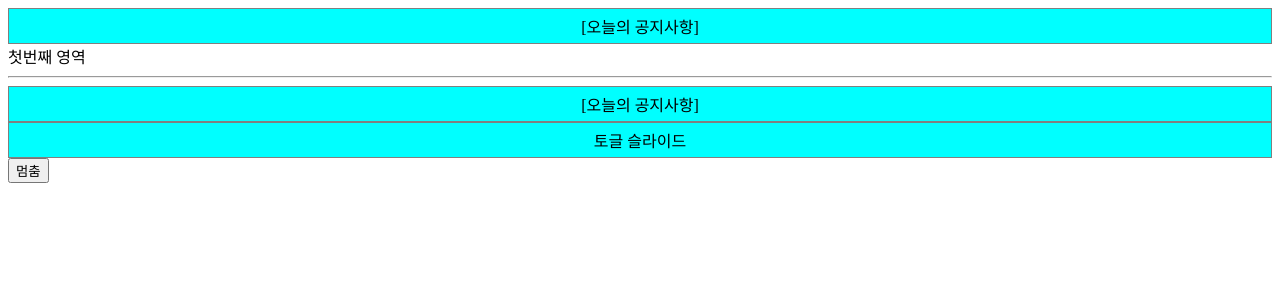
Repository: ryu1917/jsp
Page: workspace/js/ex16.html
An editor plug-in stored every save of this project. The page is shown before and after the next save, followed by the edit.
The browser window is 1280 px wide. The pictures show the whole page.

Above is the page before, as saved 2021-04-19 08:04:17.

After the next save:
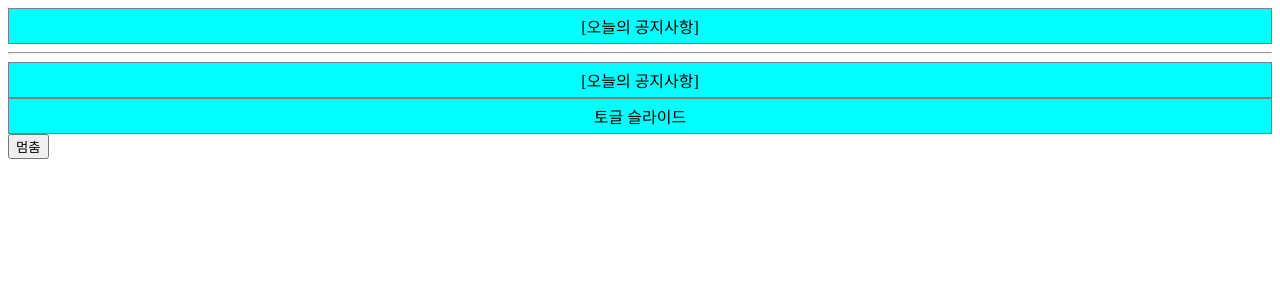
Saved 17 s later.
--- a/workspace/js/ex16.html
+++ b/workspace/js/ex16.html
@@ -20,7 +20,7 @@
 	#panel {padding: 70px;display: none;background-color: olive;}
 
 	#s{padding: 5px;text-align: center;background-color: aqua;border: 1px solid gray;}
-	#panel {padding: 70px;display: none;background-color: olive;}
+	#first {display: none;background-color: olive;}
 </style>
 
 </head>
